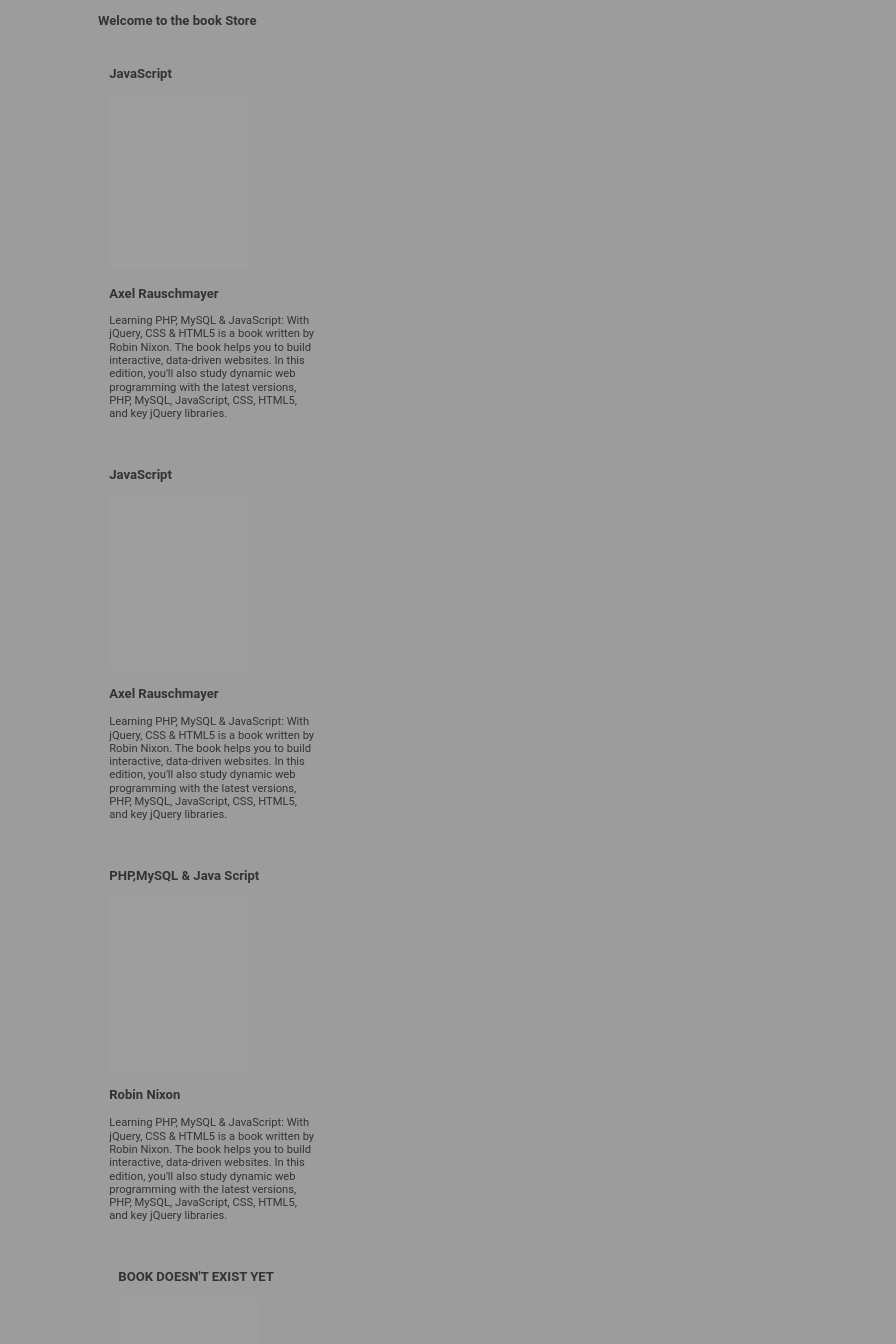
Repository: Axe33ile/React_JS
Page: / (app in book/)
An editor plug-in stored every save of this project. The page is shown before and after a run of saves, followed by the edit.
The browser window is 1280 px wide. The pictures show the part of the page from y = 0 to 1920 px (the page is 2365 px tall before and 2713 px after), at 70% of full size.
Pictures or frames that could not be fetched are drawn as grey boxes. The project was rebuilt for these pictures with package versions that can differ from the ones it lists, and the page was loaded fresh each time.

Above is the page before, as saved 2021-04-24 00:30:31.

### book/public/index.html
<!DOCTYPE html>
<html lang="en">
  <head>
    <meta charset="utf-8" />
    <link rel="icon" href="%PUBLIC_URL%/favicon.ico" />
    <meta name="viewport" content="width=device-width, initial-scale=1" />
    <meta name="theme-color" content="#000000" />
    <meta
      name="description"
      content="Web site created using create-react-app"
    />
    <link rel="apple-touch-icon" href="%PUBLIC_URL%/logo192.png" />
    <!--
      manifest.json provides metadata used when your web app is installed on a
      user's mobile device or desktop. See https://developers.google.com/web/fundamentals/web-app-manifest/
    -->
    <link rel="manifest" href="%PUBLIC_URL%/manifest.json" />
    <!--
      Notice the use of %PUBLIC_URL% in the tags above.
      It will be replaced with the URL of the `public` folder during the build.
      Only files inside the `public` folder can be referenced from the HTML.

      Unlike "/favicon.ico" or "favicon.ico", "%PUBLIC_URL%/favicon.ico" will
      work correctly both with client-side routing and a non-root public URL.
      Learn how to configure a non-root public URL by running `npm run build`.
    -->
    <title>book store</title>
  </head>
  <body>
    <noscript>You need to enable JavaScript to run this app.</noscript>
    <div id="root"></div>
    <!--
      This HTML file is a template.
      If you open it directly in the browser, you will see an empty page.

      You can add webfonts, meta tags, or analytics to this file.
      The build step will place the bundled scripts into the <body> tag.

      To begin the development, run `npm start` or `yarn start`.
      To create a production bundle, use `npm run build` or `yarn build`.
    -->
  </body>
</html>

### book/src/index.js
/****************************
 ** IMPORT LIBRARIES
 ****************************/

import React from "react";
import ReactDOM from "react-dom";

//import our css
import "./index.css";

//import components
import App from "./components/App/App";

/*********************
 * * SHOW COMPONENTS
 ********************/

ReactDOM.render(<App />, document.getElementById("root"));

### book/src/index.css
* {
  box-sizing: border-box;
}

/* postcss-normalize is installed on project creation */
/* see https://create-react-app.dev/docs/adding-css-reset/ */
@import-normalize; /* bring in normalize.css styles */
/* @import 'normalize.css'; */

body {
  margin: 0;
  font-family: "Roboto", sans-serif;
  -webkit-font-smoothing: antialiased;
  -moz-osx-font-smoothing: grayscale;
  background: rgba(87, 87, 87, 0.589);
  color: #333;
}

/****************************************
 * * APP
 *****************************************/

.app {
  min-height: 100vh;
  display: flex;
  flex-direction: column;
  width: min(80%, 1000px);
  margin: 0 auto;
}

.main-heading {
  text-align: center;
}

footer {
  padding: 4em;
  text-align: center;
}

.main {
  flex: 1;
}

.main > p {
  margin-bottom: 2rem;
  text-align: center;
}

.books {
  display: flex;
  flex-wrap: wrap;
  justify-content: center;
  width: 330px;
}

.book {
  margin: 1rem;
}

.photo {
  height: 250px;
  width: 200px;
}

### book/src/components/App/App.js
/*****************************************
 * * IMPORT LIBRARIES
 *****************************************/

//react libraries
import React from "react";

//import components
import Header from "../header/Header";
import Main from "../main/Main";
import Footer from "../footer/Footer";

/*****************************************
 * * COMPONENT
 *****************************************/

const App = () => {
  let date = new Date();
  let name = "bar";
  return (
    <div className="app">
      <Header />
      <Main />
      <Footer year={date.getFullYear()} name={name} />
    </div>
  );
};

export default App;

### book/src/components/header/Header.js
/*****************************************
 * * IMPORT LIBRARIES
 *****************************************/

//react library
import React from "react";

/*****************************************
 * * COMPONENT
 *****************************************/

const Header = () => {
  return (
    <div className="main-heading">

    </div>
  );
};

export default Header;

### book/src/components/main/Main.js
/**************************
 * *IMPORT Libraries
 *************************/

import React from "react";

import Book from "../book/Book";

/*************************
 * *IMPORT COMPONENTS
 *************************/

const Main = () => {
  return (
    <article className="main">
      <h3>Welcome to the book Store</h3>
      <div className="books">
        <Book
          details={{
            bookTitle: "JavaScript",
            imgSrc: "https://2ality.com/2018/08/impatient-js/cover-epub.jpg",
            alt: "book",
            bookAuthor: "Axel Rauschmayer",
            bookDetails:
              "Learning PHP, MySQL & JavaScript: With jQuery, CSS & HTML5 is a book written by Robin Nixon. The book helps you to build interactive, data-driven websites. In this edition, you'll also study dynamic web programming with the latest versions, PHP, MySQL, JavaScript, CSS, HTML5, and key jQuery libraries.",
          }}
        />

        <Book
          details={{
            bookTitle: "JavaScript",
            imgSrc: "https://2ality.com/2018/08/impatient-js/cover-epub.jpg",
            alt: "book",
            bookAuthor: "Axel Rauschmayer",
            bookDetails:
              "Learning PHP, MySQL & JavaScript: With jQuery, CSS & HTML5 is a book written by Robin Nixon. The book helps you to build interactive, data-driven websites. In this edition, you'll also study dynamic web programming with the latest versions, PHP, MySQL, JavaScript, CSS, HTML5, and key jQuery libraries.",
          }}
        />

        <Book
          details={{
            bookTitle: "PHP,MySQL & Java Script",
            imgSrc:
              "https://www.guru99.com/images/2/060520_1101_16BESTPHPBo7.jpg",
            alt: "book",
            bookAuthor: "Robin Nixon",
            bookDetails:
              "Learning PHP, MySQL & JavaScript: With jQuery, CSS & HTML5 is a book written by Robin Nixon. The book helps you to build interactive, data-driven websites. In this edition, you'll also study dynamic web programming with the latest versions, PHP, MySQL, JavaScript, CSS, HTML5, and key jQuery libraries.",
          }}
        />

        <Book />
      </div>
    </article>
  );
};

export default Main;

### book/src/components/footer/Footer.js
/*********************
 * Import libraries
 ********************/

import React from "react";

/****************
 * *das
 ****************/

const Footer = (props) => {
  return (
    <footer className="footer">
      &copy; {props.year} {props.name}
    </footer>
  );
};

export default Footer;

### book/src/components/book/Book.js
/*********************
 * import libraries
 **********************/

import React from "react";

/*********************
 * *Components
 *********************/

let Book = (props) => {
  const details = props.details;
  return (
    <div className="book">
      <h3>{details.bookTitle}</h3>
      <img className="photo" src={details.imgSrc} alt={props.details.alt} />
      <h3>{details.bookAuthor}</h3>
      <p>{details.bookDetails}</p>
      <p style={{ display: details.email ? "block" : "none" }}>
        Email: {details.email}
      </p>
    </div>
  );
};

// in case some field is not sent to props,
// it will take the value from defaultProps
Book.defaultProps = {
  details: {
    bookTitle: "BOOK DOESN'T EXIST YET",
    imgSrc:
      "https://thebookwithnopictures.com/wp-content/uploads/2014/08/BookWithNoPictures_3D-300x423.png",
    alt: "book",
    bookAuthor: "NO NAME",
    bookDetails: "NO DETAILS  NO DETAILS  NO DETAILS",
  },
};

export default Book;

After the next 2 saves:
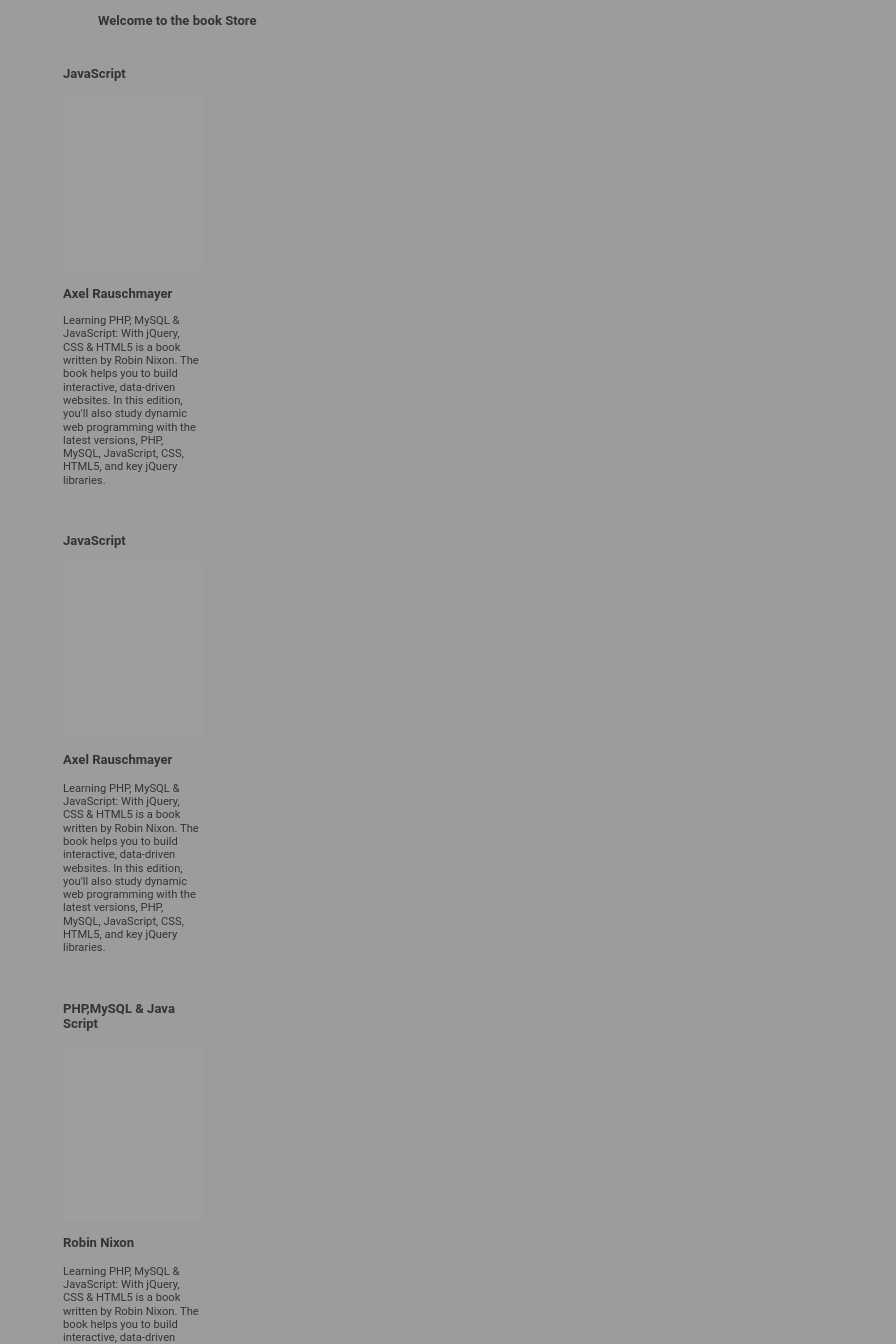
The 2 saves are shown as one change because they came seconds apart.
The last was saved 19 s later.
--- a/book/src/index.css
+++ b/book/src/index.css
@@ -51,6 +51,7 @@ footer {
   flex-wrap: wrap;
   justify-content: center;
   width: 330px;
+  max-width: 100px;
 }
 
 .book {
